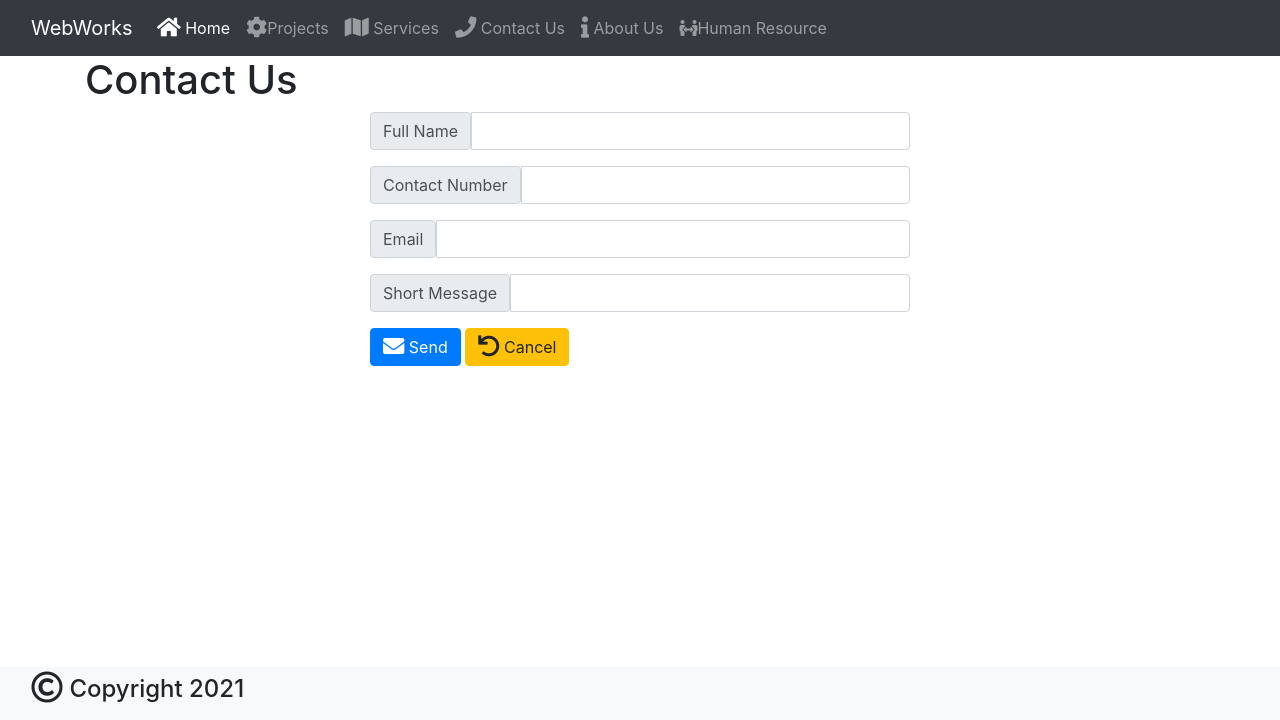
Repository: JonathonWager/Webd6202Lab1
Page: contact.html
The author's editor kept a copy of each file at every save. The page is drawn from the files as they stood at one save, then again after the next save.
The browser window is 1280 px wide. The pictures show the whole page.

Above is the page before, as saved 2021-02-05 20:01:30.
Not found: Content/app.css

### contact.html
<!DOCTYPE html>
<html lang="en">
<head>
    <meta charset="UTF-8">
    <meta name="viewport" content="width=device-width, initial-scale=1.0">
    <title>Contact</title>
    <!-- CSS Section -->
    <link rel="stylesheet" href="./node_modules/bootstrap/dist/css/bootstrap.min.css">
    <link rel="stylesheet" href="./node_modules/@fortawesome/fontawesome-free/css/all.min.css">
    <link rel="stylesheet" href="./Content/app.css">
</head>
<body>
    <!-- Main Header -->
    <header>
        <!-- Main Navigation -->
        <nav class="navbar navbar-expand-lg navbar-dark bg-dark">
            <div class="container-fluid">
              <a class="navbar-brand" href="index.html">WebWorks</a>
              <button class="navbar-toggler" type="button" data-bs-toggle="collapse" data-bs-target="#navbarSupportedContent" aria-controls="navbarSupportedContent" aria-expanded="false" aria-label="Toggle navigation">
                <span class="navbar-toggler-icon"></span>
              </button>
              <div class="collapse navbar-collapse" id="navbarSupportedContent">
                <ul class="navbar-nav me-auto mb-2 mb-lg-0">
                  <li class="nav-item">
                    <a class="nav-link active" aria-current="page" href="index.html"><i class="fas fa-home fa-lg"></i> Home</a>
                  </li>

                  <li class="nav-item">
                    <a class="nav-link" aria-current="page" href="projects.html" id = "projects"><i class="fas fa-cog fa-lg"></i> Products</a>
                  </li>

                  <li class="nav-item">
                    <a class="nav-link" aria-current="page" href="services.html"><i class="fas fa-map fa-lg"></i> Services</a>
                  </li>

                  <li class="nav-item">
                    <a class="nav-link" aria-current="page" href="contact.html"><i class="fas fa-phone fa-lg"></i> Contact Us</a>
                  </li>
                  <li class="nav-item">
                    <a class="nav-link" aria-current="page" href="about.html"><i class="fas fa-info fa-lg"></i> About Us</a>
                  </li>
                </ul>
              </div>
            </div>
          </nav>
    </header>

    <!-- Main Content -->
    <main class="container">
        <h1>Contact Us</h1>
        <div id="messageArea"></div>

        <div class="row justify-content-lg-center g-3">
          <form class="col-lg-6 col-md-10 col-sm-10">

            <div class="input-group mb-3">
              <span class="input-group-text" id="inputGroup-sizing-default">Full Name </span>
              <input id="fullName" type="text" class="form-control" aria-label="Full Name" aria-describedby="Full Name Input"
              name="fullName" required>
            </div>

            <div class="input-group mb-3">
              <span class="input-group-text" id="inputGroup-sizing-default">Contact Number</span>
              <input id="contactNumber" type="tel" class="form-control" aria-label="Contact Number" aria-describedby="Contact Number Input"
              name="contactNumber" required>
            </div>

            <div class="input-group mb-3">
              <span class="input-group-text" id="inputGroup-sizing-default">Email</span>
              <input id="emailAddress" type="email" class="form-control" aria-label="Email Address" aria-describedby="Email Address Input"
              name="emailAddress" required>
            </div>

            <div class="input-group mb-3">
              <span class="input-group-text" id="inputGroup-sizing-default">Short Message </span>
              <input id="fullName" type="text" class="form-control" aria-label="Full Name" aria-describedby="Short Message Input"
              name="shortMessage" required>
            </div>

            <button id="sendButton" type="submit" class="btn btn-primary"><i class="fas fa-envelope fa-lg"></i> Send</button>
            <button id="cancelButton" type="reset" class="btn btn-warning"><i class="fas fa-undo fa-lg"></i> Cancel</button>
          </form>


        </div>


    </main>

    <!-- Main Footer -->
    <footer>

    </footer>

    <!-- Script Section-->
    <script src="./node_modules/jquery/dist/jquery.min.js"></script>
    <script src="./node_modules/bootstrap/dist/js/bootstrap.bundle.min.js"></script>


    <script src="./Scripts/app.js"></script>
</body>
</html>

### Scripts/app.js
/* custom JavaScript goes here */

//IIFE - Immediately Invoked Function Expression
//AKA - Anonymous Self-Executing Function
//Closure - limits scope leak

"use strict";

(function()
{
    function displayHome()
    {

        let paragraphOneText =
          "Welcome to Web Works, Our team at Web Works is dedicated to offering advanced web development creations that will make you stand out from the crowd.";

        let paragraphOneElement = document.getElementById("paragraphOne");

        paragraphOneElement.textContent = paragraphOneText;
        paragraphOneElement.className = "fs-5";

        // Step 1. document.createElement
        let newParagraph = document.createElement("p");
        // Step 2. configure the element
        newParagraph.setAttribute("id", "paragraphTwo");
        newParagraph.textContent = "Our team consits of two dedicated students that are currently enrolled in the Computer programmer and Analysis course at Durham College located in Northern Oshawa. ";
        // Step 3. select the parent element
        let mainContent = document.getElementsByTagName("main")[0];
        // Step 4. Add / Insert the element
        mainContent.appendChild(newParagraph);

        newParagraph.className = "fs-6";

        // another way of injecting content
        let paragraphDiv = document.createElement("div");
        let paragraphThree = `Oshawa. Our skill sets are growing every day and we are profecient in HTML, CSS, Java, C++,
        database development, automations and much more. Contact our team with inqueries and you will get a response within one business day`;
        paragraphDiv.innerHTML = paragraphThree;

        // insertions

        // example of inserting before a node
        //newParagraph.before(paragraphDiv);

        // example of inserting after a node
        newParagraph.after(paragraphDiv);

        // deletions

        // example of removing a single element
        //paragraphOneElement.remove();

        // example of removeChild
        //mainContent.removeChild(paragraphOneElement);

        // update / modification
        mainContent.firstElementChild.textContent = "Welcome Home!";


    }

    function displayAbout()
    {

    }

    function displayProjects()
    {
      console.log("test");
      let paragraphOneText = "The following project focus was on developing our skills in object-orientated programming as we were developing a program that would create card objects that could be used for a wide variety of purposed including implementing into hundreds of different card games. The project was one of our favourites because it widned our skill set and showed us even further how useful object-orientate programming can be.";

      let projectsDiv1 = document.getElementById("DeckOfCardsContent");

      let projectsP1 = document.createElement("p");

      projectsP1.textContent = paragraphOneText;

      projectsDiv1.appendChild(projectsP1);

      console.log("heyyyyy");

      // Step 1. document.createElement
      let newParagraph = document.createElement("p");
      // Step 2. configure the element
      newParagraph.setAttribute("id", "paragraphTwo");
      newParagraph.textContent = "Our team consits of two dedicated students that are currently enrolled in the Computer programmer and Analysis course at Durham College located in Northern Oshawa. ";
      // Step 3. select the parent element
      let mainContent = document.getElementsByTagName("main")[0];
      // Step 4. Add / Insert the element
      mainContent.appendChild(newParagraph);
    }

    function displayServices()
    {
      console.log("test");
      let paragraphOneText = "We have the ability to create interactive websites that will stand out and make you look professional. We can apply custom themes to style your website as well as make it an interactive website that is effeciently navigable.";

      let projectsDiv1 = document.getElementById("WebDesignContent");

      let projectsP1 = document.createElement("p");

      projectsP1.textContent = paragraphOneText;

      projectsDiv1.appendChild(projectsP1);

      let paragraphTwoText = "We can create small to medium sized databases that will be able to meet your business needs. We can then implement the database into your website so that you can take your business to the next level.";

      let projectsDiv2 = document.getElementById("DatabaseDevelopmentContent");

      let projectsP2 = document.createElement("p");

      projectsP2.textContent = paragraphTwoText;

      projectsDiv2.appendChild(projectsP2);

    }

    function displayContact()
    {
      console.log("test");
        let messageArea = document.getElementById("messageArea");
        messageArea.hidden = true;

        // form validation
        let fullName = document.getElementById("fullName");
        fullName.addEventListener("blur", function() {
            if(fullName.value.length < 2)
            {
                fullName.focus();
                fullName.select();
                messageArea.hidden = false;
                messageArea.className = "alert alert-danger";
                messageArea.textContent = "Please enter an appropriate Name";
            }
            else
            {
                messageArea.removeAttribute("class");
                messageArea.hidden = true;
            }
        });

        let sendButton = document.getElementById("sendButton");
        sendButton.addEventListener("click", function(event){
            //event.preventDefault();

           window.location.href = "index.html";

        });
    }




    function Start()
    {
        console.log("App Started...");
        let navbarProjects = document.getElementById("projects");
        navbarProjects.innerHTML = '<i class="fas fa-cog fa-lg"></i>Projects';

       // let navContentHumanResource = '<li class="nav-item"><a class="nav-link" aria-current="page" href="services.html"><i class="fas fa-map fa-lg"></i> Services</a></li>';
        let navContent = document.getElementsByTagName("ul")[0];

        let navContentHumanResourceLi = document.createElement("li");
        let navContentHumanResourceA = document.createElement("a");

        // Step 2. configure the element
        navContentHumanResourceLi.setAttribute("class", "nav-item");

        navContentHumanResourceA.setAttribute("class","nav-link");
        navContentHumanResourceA.setAttribute("aria-current", "page");
        navContentHumanResourceA.setAttribute("href", "human_resource.html");
        navContentHumanResourceA.innerHTML ='<i class="fas fa-people-arrows"></i>Human Resource ';

        navContentHumanResourceLi.appendChild(navContentHumanResourceA);

        navContent.appendChild(navContentHumanResourceLi);




        let bottomNavContent = document.getElementsByTagName("footer")[0];

        let navContentFooterNav = document.createElement("nav");
        navContentFooterNav.setAttribute("class","navbar fixed-bottom navbar-light bg-light");

        let navContentDiv = document.createElement("div");
        navContentDiv.setAttribute("class", "container-fluid");

        let navContentH4 = document.createElement("h4");
        navContentH4.innerHTML = '<i class="far fa-copyright fa-lg"></i> Copyright 2021';
        navContentFooterNav.appendChild(navContentDiv);
        navContentDiv.appendChild(navContentH4);
        bottomNavContent.appendChild(navContentFooterNav);


        switch (document.title)
        {
          case "Home":
              displayHome();
            break;
          case "About":
              displayAbout();
            break;
          case "Projects":
              displayProjects();
            break;
          case "Services":
              displayServices();
            break;
          case "Contact":
              displayContact();
            break;
        }

    }

    window.addEventListener("load", Start);

})();

Loaded but not shown: node_modules/bootstrap/dist/css/bootstrap.min.css (library); node_modules/@fortawesome/fontawesome-free/css/all.min.css (library); node_modules/jquery/dist/jquery.min.js (library); node_modules/bootstrap/dist/js/bootstrap.bundle.min.js (library)

After the next save:
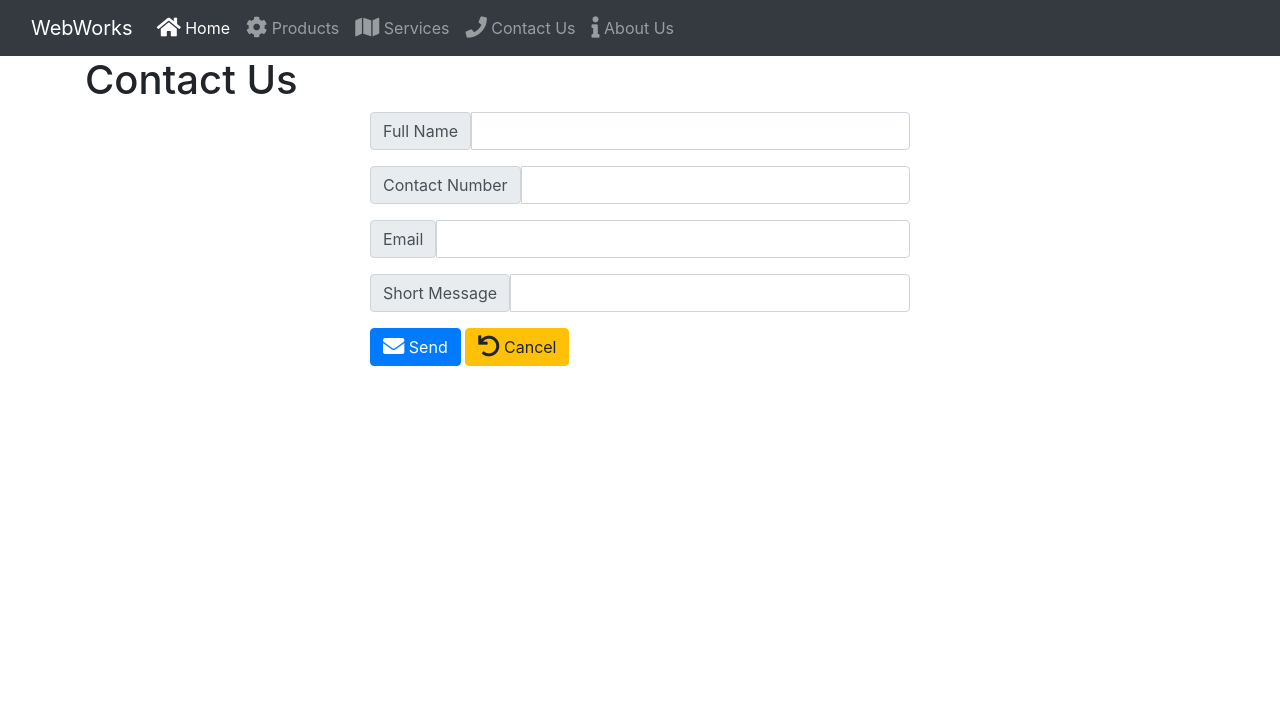
Console error: SyntaxError: Identifier 'paragraphTwoText' has already been declared
Saved 8 s later.
--- a/Scripts/app.js
+++ b/Scripts/app.js
@@ -102,6 +102,16 @@
       projectsP1.textContent = paragraphOneText;
 
       projectsDiv1.appendChild(projectsP1);
+
+      let paragraphTwoText = "We can create small to medium sized databases that will be able to meet your business needs. We can then implement the database into your website so that you can take your business to the next level.";
+
+      let projectsDiv2 = document.getElementById("DatabaseDevelopmentContent");
+
+      let projectsP2 = document.createElement("p");
+
+      projectsP2.textContent = paragraphTwoText;
+
+      projectsDiv2.appendChild(projectsP2);
 
       let paragraphTwoText = "We can create small to medium sized databases that will be able to meet your business needs. We can then implement the database into your website so that you can take your business to the next level.";
 

After the 2 saves that followed:
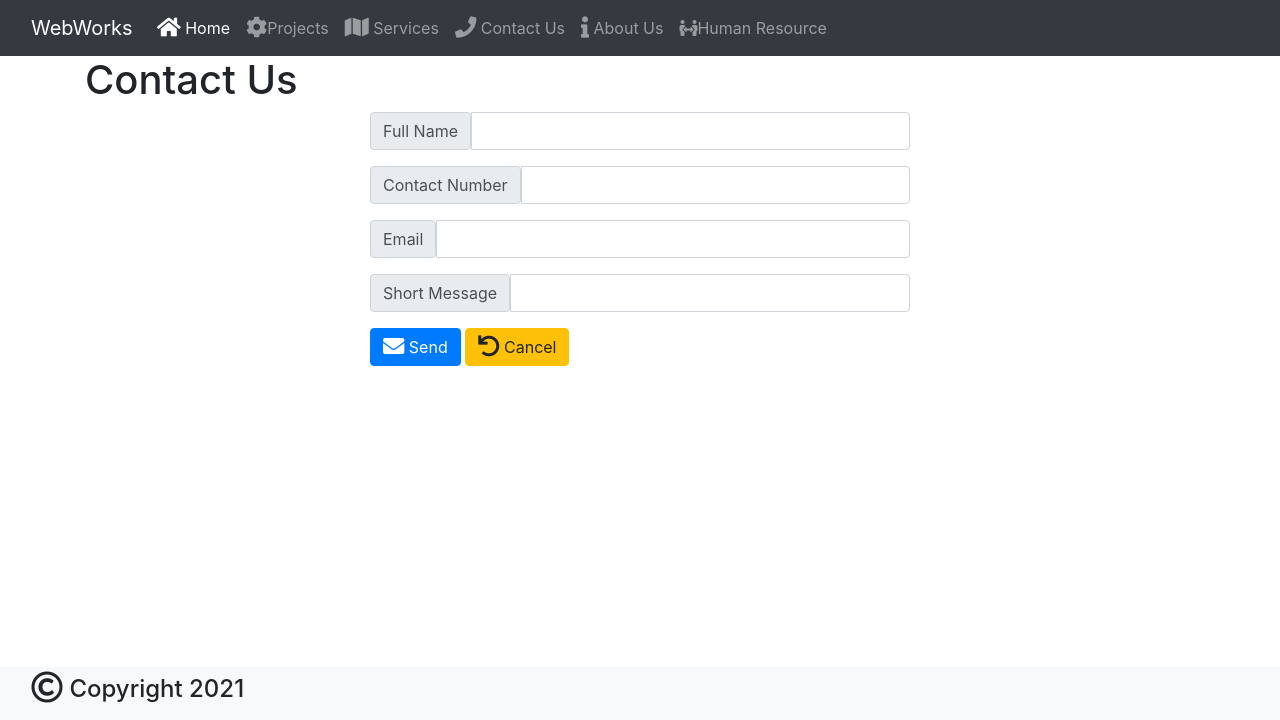
The error is gone.
The 2 saves are shown as one change because 1 left the picture as it was.
The last was saved 19 s later.
--- a/Scripts/app.js
+++ b/Scripts/app.js
@@ -113,13 +113,13 @@
 
       projectsDiv2.appendChild(projectsP2);
 
-      let paragraphTwoText = "We can create small to medium sized databases that will be able to meet your business needs. We can then implement the database into your website so that you can take your business to the next level.";
-
-      let projectsDiv2 = document.getElementById("DatabaseDevelopmentContent");
-
-      let projectsP2 = document.createElement("p");
-
-      projectsP2.textContent = paragraphTwoText;
+      let paragraphThreeText = "We can create small to medium sized databases that will be able to meet your business needs. We can then implement the database into your website so that you can take your business to the next level.";
+
+      let projectsDiv3 = document.getElementById("DatabaseDevelopmentContent");
+
+      let projectsP3 = document.createElement("p");
+
+      projectsP3.textContent = paragraphThreeText;
 
       projectsDiv2.appendChild(projectsP2);
 
